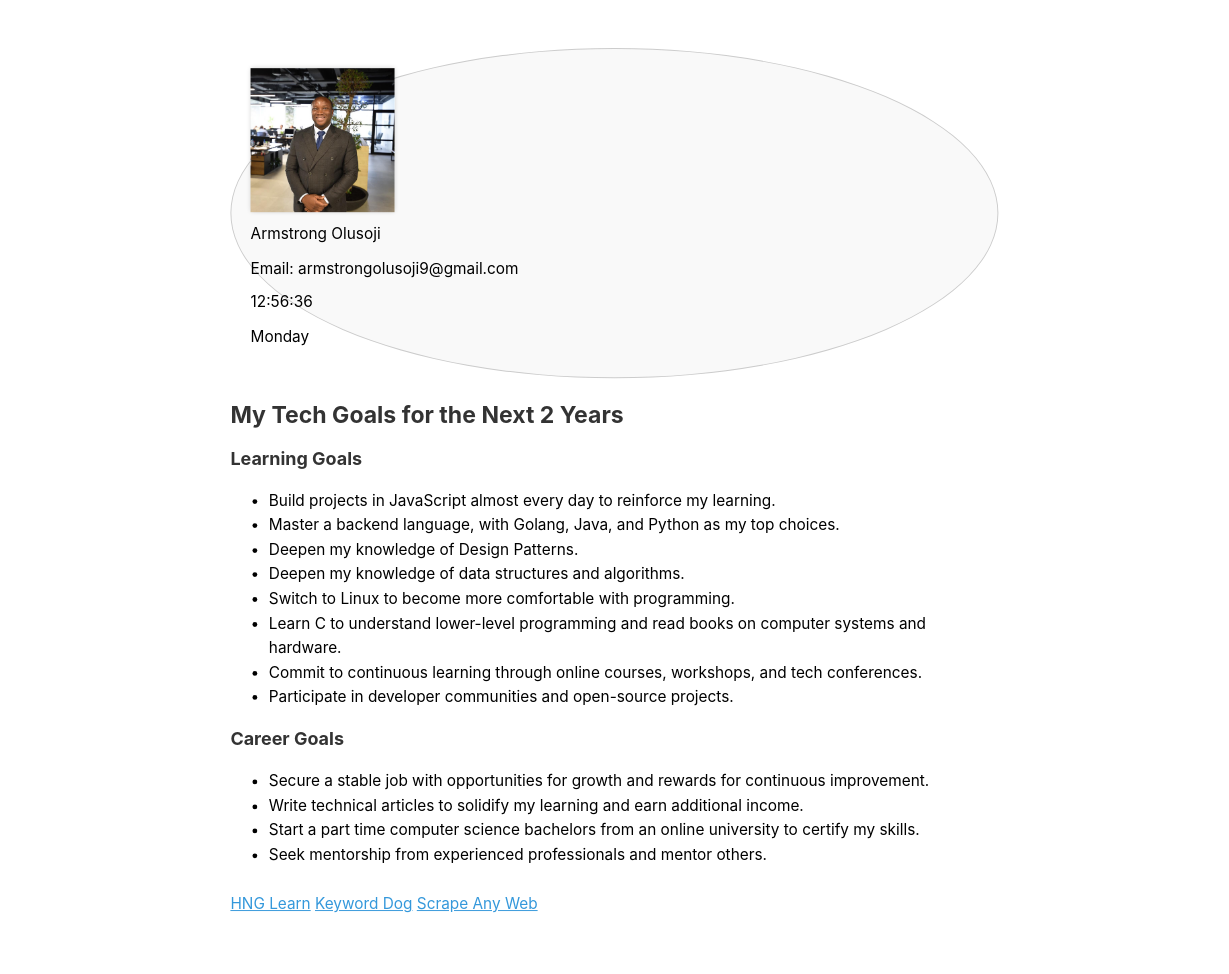
Repository: Armstrong2035/hng-project-one
Page: index.html
These files come from the project's save history. The page is drawn as it stood at one moment and after the next save; the edit follows.
The browser window is 1280 px wide. The pictures show the whole page, at 96% of full size.

Above is the page before, as saved 2024-07-01 17:13:12.

### index.html
<!DOCTYPE html>
<html>
  <head>
    <meta charset="utf-8" />
    <meta name="viewport" content="width=device-width" />
    <title>Armstrong Olusoji's Goals</title>
    <link href="style.css" rel="stylesheet" type="text/css" />
    <script src="script.js" defer></script>
  </head>
  <body>
    <div id="container">
      <div class="profile-card">
        <div class="profile-picture">
          <img
            src="Headshot.jpg"
            alt="Profile Picture"
            class="headshot"
            data-testid="slackProfilePicture"
          />
        </div>
        <div class="display-information">
          <p data-testid="slackDisplayName">Armstrong Olusoji</p>
          <p data-testid="slackEmail">Email: armstrongolusoji9@gmail.com</p>
          <p data-testid="currentTimeUTC" id="current-time">Loading...</p>
          <p data-testid="currentDay" id="current-day">Loading...</p>
        </div>
      </div>

      <section id="my-goals">
        <h2>My Tech Goals for the Next 2 Years</h2>
        <div class="learning-goals">
          <h3>Learning Goals</h3>
          <ul>
            <li>
              Build projects in JavaScript almost every day to reinforce my
              learning.
            </li>
            <li>
              Master a backend language, with Golang, Java, and Python as my top
              choices.
            </li>
            <li>Deepen my knowledge of Design Patterns.</li>
            <li>Deepen my knowledge of data structures and algorithms.</li>
            <li>
              Switch to Linux to become more comfortable with programming.
            </li>
            <li>
              Learn C to understand lower-level programming and read books on
              computer systems and hardware.
            </li>
            <li>
              Commit to continuous learning through online courses, workshops,
              and tech conferences.
            </li>
            <li>
              Participate in developer communities and open-source projects.
            </li>
          </ul>
        </div>
        <div class="career-goals">
          <h3>Career Goals</h3>
          <ul>
            <li>
              Secure a stable job with opportunities for growth and rewards for
              continuous improvement.
            </li>
            <li>
              Write technical articles to solidify my learning and earn
              additional income.
            </li>
            <li>
              Start a part time computer science bachelors from an online
              university to certify my skills.
            </li>
            <li>
              Seek mentorship from experienced professionals and mentor others.
            </li>
          </ul>
        </div>
      </section>

      <section>
        <a href="https://hng.tech/learn" data-testid="hngLink">HNG Learn</a>
        <a href="https://keyword.dog" data-testid="keywordLink">Keyword Dog</a>
        <a href="https://scrapeanyweb.site" data-testid="scrapeanywebLink"
          >Scrape Any Web</a
        >
      </section>
    </div>
  </body>
</html>

### style.css
body {
  font-family: inter;
  line-height: 1.6;
  margin: 0;
  padding: 0;
  /* background: linear-gradient(to bottom right, #3498db, #2ecc71); */
}

#container {
  max-width: 800px;
  margin: 0 auto;
  padding: 50px;
  background-color: #fff;
}

.profile-card {
  margin-bottom: 20px;
  display: flex;
  flex-direction: column;
  align-items: flex-start;
  border: 1px solid #ccc;
  padding: 20px 20px;
  background-color: #f9f9f9;
  border-radius: 50%;
}

.profile-picture {
  height: 150px;
  width: 150px;

  align-self: flex-start;
  box-shadow: 0 0 5px rgba(0, 0, 0, 0.2);
}

.profile-picture .headshot {
  height: 100%;
  width: 100%;
  object-fit: cover;
}

.display-information p {
  margin: 10px 0;
}

h2,
h3 {
  margin: 10px 0;
  color: #333;
}

a {
  display: inline-block;
  margin: 10px 0;
  color: #3498db;
}

### script.js
function updateTime() {
  const now = new Date();
  const utcTime = now.toISOString().slice(11, 19);
  const day = now.toLocaleDateString("en-US", { weekday: "long" });
  document.getElementById("current-time").textContent = ` ${utcTime}`;
  document.getElementById("current-day").textContent = ` ${day}`;
}

setInterval(updateTime, 1000);
updateTime();

After the next save:
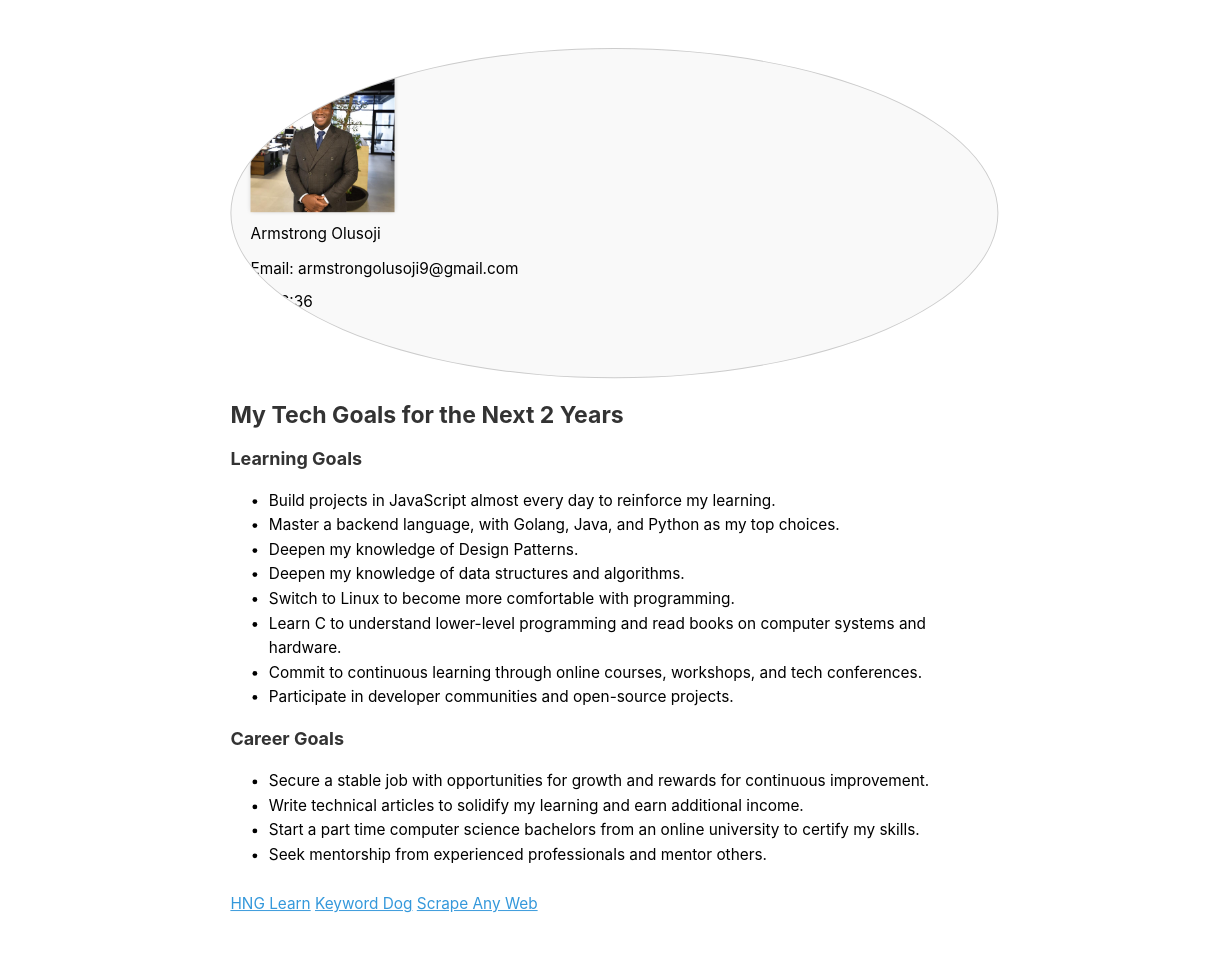
Saved 5 s later.
--- a/style.css
+++ b/style.css
@@ -22,6 +22,7 @@ body {
   padding: 20px 20px;
   background-color: #f9f9f9;
   border-radius: 50%;
+  overflow: hidden;
 }
 
 .profile-picture {
